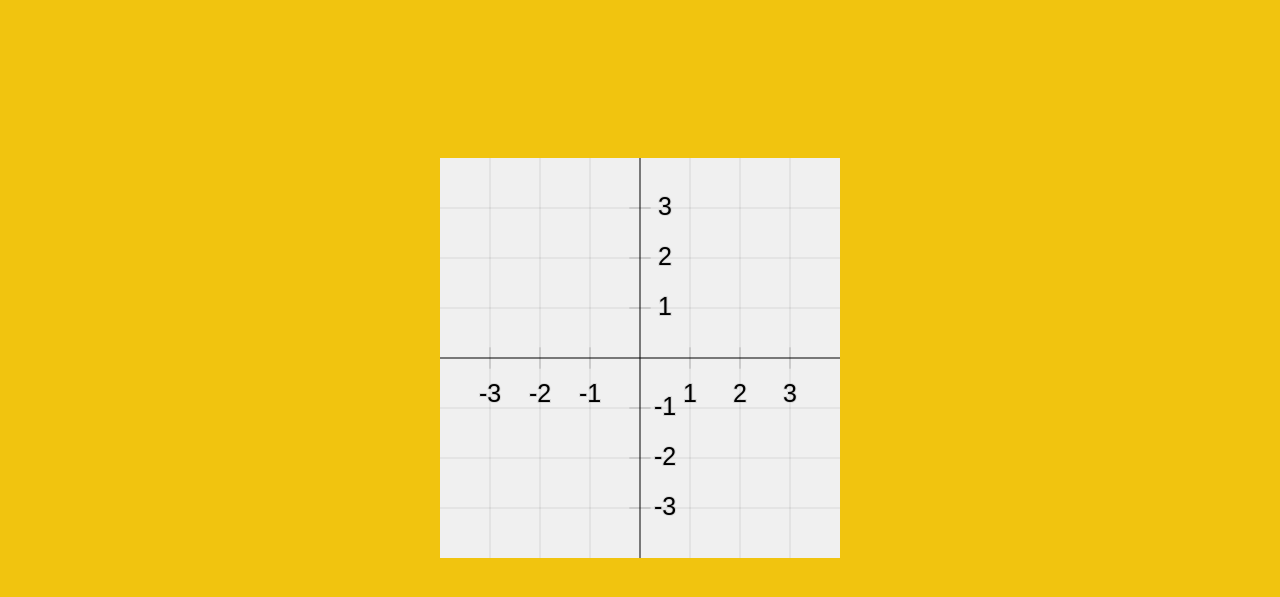
Repository: animarcus/graphing-app
Page: index.html
An editor plug-in stored every save of this project. The page is shown before and after a run of saves, followed by the edit.
The browser window is 1280 px wide. The pictures show the whole page.
Some web libraries are served in a nearby version.

Above is the page before, as saved 2020-09-26 20:00:36.

After the next 3 saves:
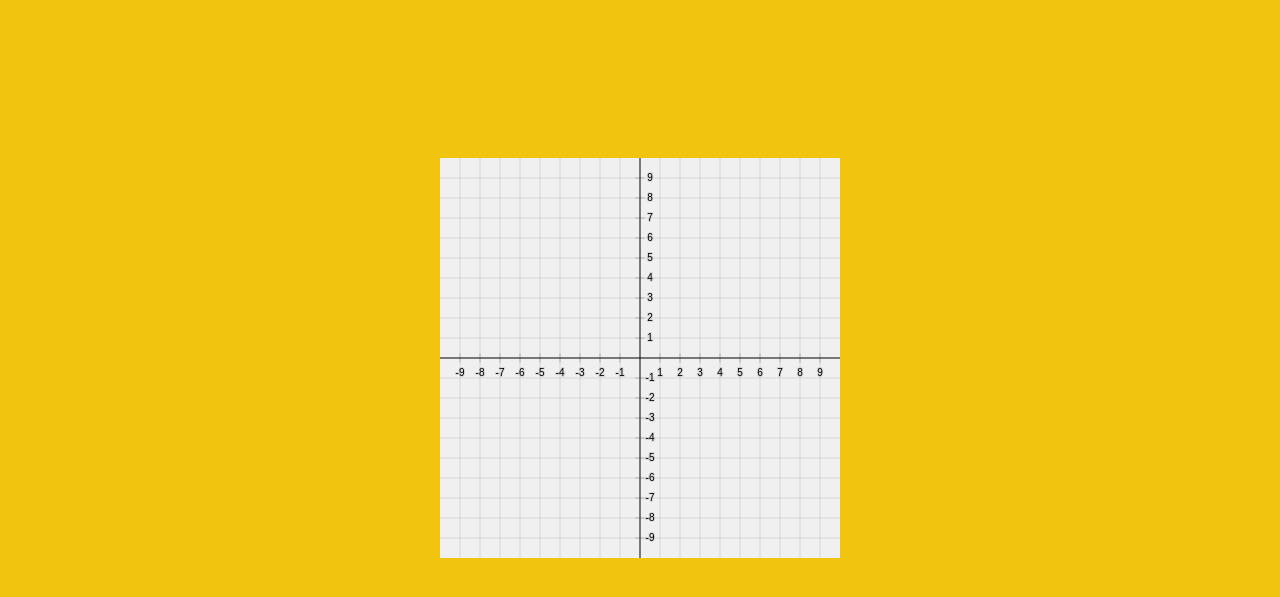
The 3 saves are shown as one change because they came seconds apart.
The last was saved 19 s later.
--- a/js/sketch.js
+++ b/js/sketch.js
@@ -1,7 +1,7 @@
 
 let canvasW = 400;
 let canvasH = 400;
-let cellW = 50;
+let cellW = 20;
 
 function setup() {
   let canvas = createCanvas(canvasW,canvasH);
